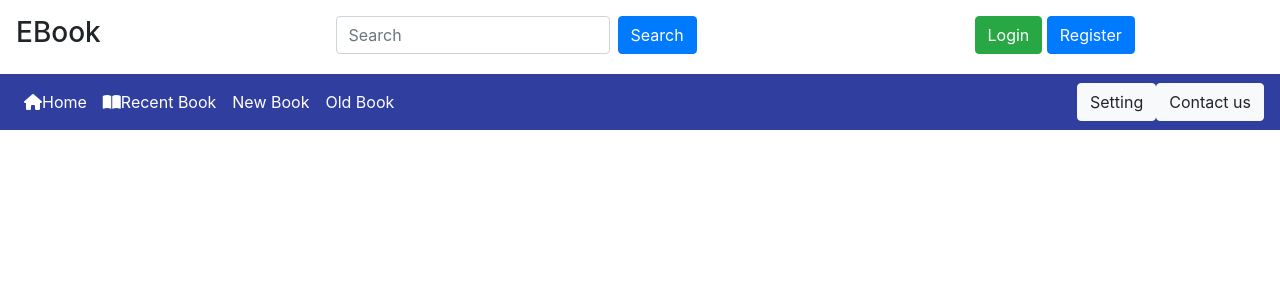
Repository: DaoThanhLam/eProjectKy4
Page: http://localhost/bookma_pro/
These files come from the project's save history. The page is drawn as it stood at one moment and after the next save; the edit follows.
The browser window is 1280 px wide. The pictures show the whole page.
Some web libraries are served in a nearby version. The page is served by Tomcat 9.

Above is the page before, as saved 2024-11-14 01:31:46.

### bookma_pro/src/main/webapp/index.jsp
<%@ page language="java" contentType="text/html; charset=ISO-8859-1"
    pageEncoding="ISO-8859-1"%>
<!DOCTYPE html>
<html>
<head>
<meta charset="ISO-8859-1">
<title>Insert title here</title>
<%@include file="components/css.jsp"%>
</head>
<body>
	<%@include file="components/navbar.jsp"%>


</body>
</html>

### bookma_pro/src/main/webapp/components/css.jsp
<link rel="stylesheet" href="https://cdn.jsdelivr.net/npm/bootstrap@4.3.1/dist/css/bootstrap.min.css" integrity="sha384-ggOyR0iXCbMQv3Xipma34MD+dH/1fQ784/j6cY/iJTQUOhcWr7x9JvoRxT2MZw1T" crossorigin="anonymous">

<script src="https://code.jquery.com/jquery-3.3.1.slim.min.js" integrity="sha384-q8i/X+965DzO0rT7abK41JStQIAqVgRVzpbzo5smXKp4YfRvH+8abtTE1Pi6jizo" crossorigin="anonymous"></script>

<script src="https://cdn.jsdelivr.net/npm/popper.js@1.14.7/dist/umd/popper.min.js" integrity="sha384-UO2eT0CpHqdSJQ6hJty5KVphtPhzWj9WO1clHTMGa3JDZwrnQq4sF86dIHNDz0W1" crossorigin="anonymous"></script>

<script src="https://cdn.jsdelivr.net/npm/bootstrap@4.3.1/dist/js/bootstrap.min.js" integrity="sha384-JjSmVgyd0p3pXB1rRibZUAYoIIy6OrQ6VrjIEaFf/nJGzIxFDsf4x0xIM+B07jRM" crossorigin="anonymous"></script>

<link rel="stylesheet" href="https://cdnjs.cloudflare.com/ajax/libs/font-awesome/6.6.0/css/all.min.css" integrity="sha512-Kc323vGBEqzTmouAECnVceyQqyqdsSiqLQISBL29aUW4U/M7pSPA/gEUZQqv1cwx4OnYxTxve5UMg5GT6L4JJg==" crossorigin="anonymous" referrerpolicy="no-referrer" />

<link rel="stylesheet" href="components/style.css">

### bookma_pro/src/main/webapp/components/navbar.jsp
<div class="container-fluid p-3">
	<div class="row" >
		<div class="col-md-3">
			<h3>EBook</h3>
		</div>
		<div class="col-md-6">
	  		<form class="form-inline my-2 my-lg-0">
      			<input class="form-control mr-sm-2" type="search" placeholder="Search" aria-label="Search">
      			<button class="btn btn-primary my-2 my-sm-0" type="submit">Search</button>
    		</form>
		</div>

			<div class="col-md-3">
			<a href="" class="btn btn-success">Login</a>
			<a href="" class="btn btn-primary">Register</a>
			</div>

	</div>
</div>

<nav class="navbar navbar-expand-lg navbar-dark bg-custom">
  <button class="navbar-toggler" type="button" data-toggle="collapse" data-target="#navbarSupportedContent" aria-controls="navbarSupportedContent" aria-expanded="false" aria-label="Toggle navigation">
    <span class="navbar-toggler-icon"></span>
  </button>

  <div class="collapse navbar-collapse" id="navbarSupportedContent">
    <ul class="navbar-nav mr-auto">
      <li class="nav-item active">
        <a class="nav-link" href="#">
        	<i class="fas fa-home"></i>Home <span class="sr-only">(current)</span>
        </a>
      </li>
      <li class="nav-item active">
        <a class="nav-link" href="#"><i class="fas fa-book-open"></i>Recent Book</a>
      </li>
      <li class="nav-item active">
        <a class="nav-link" href="#">New Book</a>
      </li>

      <li class="nav-item active">
        <a class="nav-link disabled" href="#" tabindex="-1" aria-disabled="true">Old Book</a>
      </li>
    </ul>
    <form class="form-inline my-2 my-lg-0">
      <button class="btn btn-light my-2 my-sm-0" type="submit">Setting</button>
      <button class="btn btn-light my-2 my-sm-0" type="submit">Contact us</button>
    </form>
  </div>
</nav>

### bookma_pro/src/main/webapp/components/style.css
.bg-custom{
	background-color: #303f9f;
}
.navbar .nav-item:hover .nav-link{
	background-color: white;
	color:  #303f9f;
	border-radius: 10px;
}

After the next save:
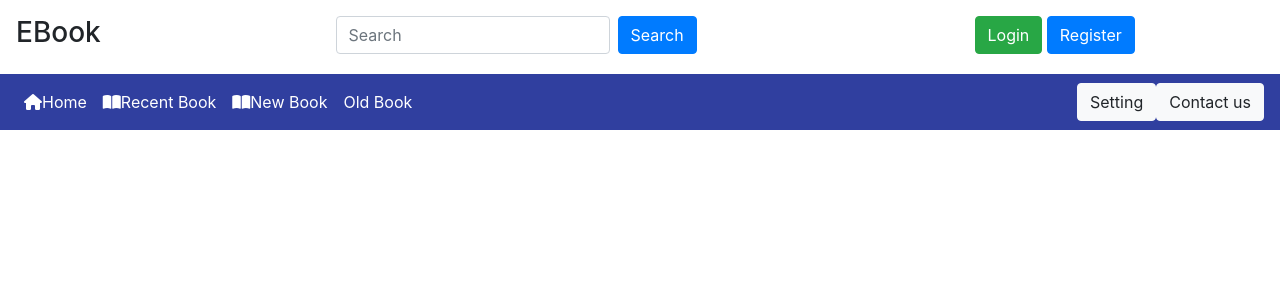
Saved 15 s later.
--- a/bookma_pro/src/main/webapp/components/navbar.jsp
+++ b/bookma_pro/src/main/webapp/components/navbar.jsp
@@ -34,7 +34,7 @@
         <a class="nav-link" href="#"><i class="fas fa-book-open"></i>Recent Book</a>
       </li>
       <li class="nav-item active">
-        <a class="nav-link" href="#">New Book</a>
+        <a class="nav-link" href="#"><i class="fas fa-book-open"></i>New Book</a>
       </li>
 
       <li class="nav-item active">
